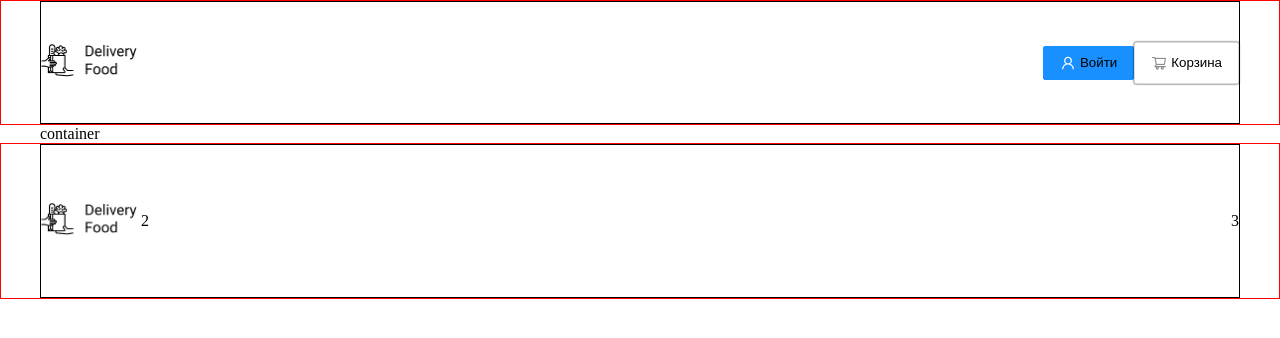
Repository: Valera1994/WebTestProject
Page: delivery/index.html
These files come from the project's save history. The page is drawn as it stood at one moment and after the next save; the edit follows.
The browser window is 1280 px wide. The pictures show the whole page.

Above is the page before, as saved 2025-09-14 21:49:32.

After the next save:
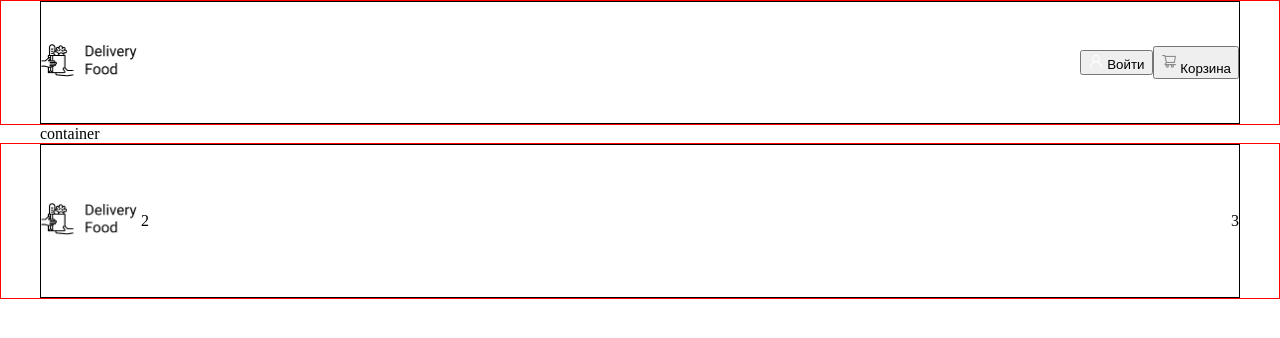
Saved 4 min 30 s later.
--- a/delivery/index.html
+++ b/delivery/index.html
@@ -14,11 +14,11 @@
                     <img src="./images/logo.png" alt="logo">
                 </div>
                 <div class="header-controls">
-                    <button class="btn btn-primary">
+                    <button >
                         <img src="./icons/user.png" alt="user">
                         Войти
                     </button>
-                    <button class="btn btn-outline">
+                    <button >
                         <img src="./icons/shopping.png" alt="shopping">
                         Корзина
                     </button>

After the save that followed:
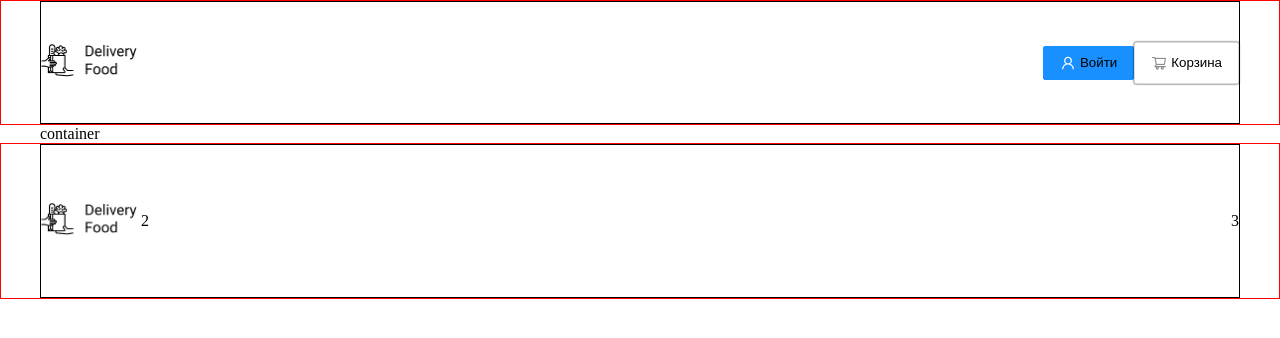
Saved 24 s later.
--- a/delivery/index.html
+++ b/delivery/index.html
@@ -14,11 +14,11 @@
                     <img src="./images/logo.png" alt="logo">
                 </div>
                 <div class="header-controls">
-                    <button >
+                    <button class="btn btn-primary">
                         <img src="./icons/user.png" alt="user">
                         Войти
                     </button>
-                    <button >
+                    <button class="btn btn-outline">
                         <img src="./icons/shopping.png" alt="shopping">
                         Корзина
                     </button>
